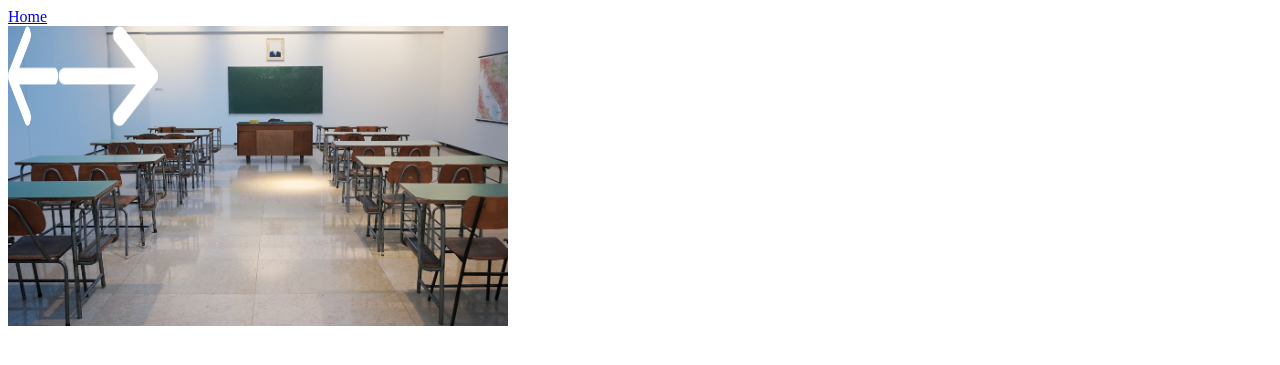
Repository: anoncoderin/dcd-week3-useEffect-carousel
Page: /carouselPage
These files come from the project's save history. The page is drawn as it stood at one moment and after the next save; the edit follows.
The browser window is 1280 px wide. The pictures show the whole page.
The project was rebuilt for these pictures with package versions that can differ from the ones it lists, and the page was loaded fresh each time. The framework's server and built-in components were replaced by stand-ins that run in the browser. Also part of the build but not shown: next.config.js.

Above is the page before, as saved 2023-02-20 11:23:36.

### pages/carouselPage.js
import Link from "next/link"
import Carousel from "@/components/carousel"

export default function CarouselPage(){
    return(
    <>
    <Link href="/">Home</Link>
    <Carousel/>
    </>
    )
}

### styles/globals.css
:root {

  }

### components/carousel/index.js
import Image from "next/image"
export default function Carousel(){

    return(
        <>

        <div style={{
            backgroundImage:"url(/imagesIconsCarouselweek8/carousel-images/0.jpg)",
            backgroundSize:'cover',
            backgroundRepeat:"no-repeat",
            width:500,
            height:300

        }}>
            <Image
             src={"/imagesIconsCarouselweek8/icons/leftArrow.png"}
             alt={"/imagesIconsCarouselweek8/icons/leftArrow.png"}
             width={50}
             height={100}
            />

<Image
             src={"/imagesIconsCarouselweek8/icons/rightArrow.png"}
             alt={"/imagesIconsCarouselweek8/icons/rightArrow.png"}
             width={100}
             height={100}
            />

        </div>
        </>
    )
}

Loaded but not shown: pages/_app.js (common file); pages/_document.js (common file)

After the next save:
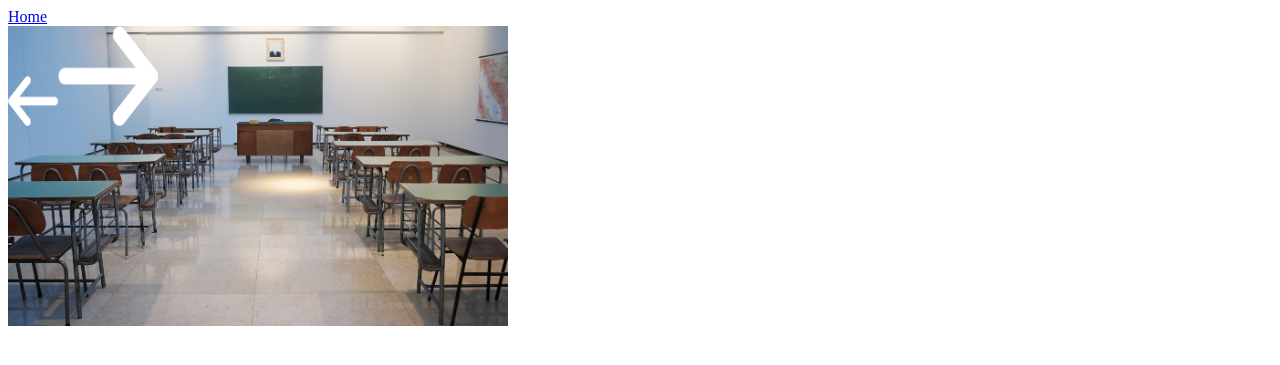
Saved 4 s later.
--- a/components/carousel/index.js
+++ b/components/carousel/index.js
@@ -16,7 +16,7 @@ export default function Carousel(){
              src={"/imagesIconsCarouselweek8/icons/leftArrow.png"}
              alt={"/imagesIconsCarouselweek8/icons/leftArrow.png"}
              width={50}
-             height={100}
+             height={50}
             />
 
 <Image
